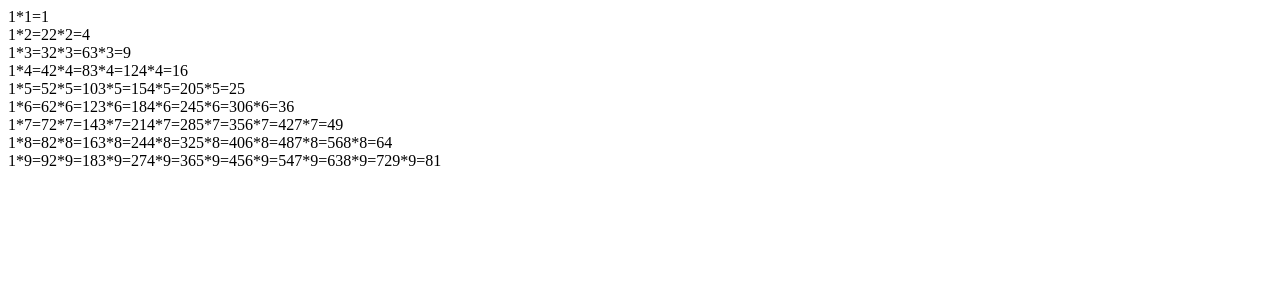
Repository: pengyuguan1984/JavaScriptPractice
Page: For-Exec02.html
An editor plug-in stored every save of this project. The page is shown before and after a run of saves, followed by the edit.
The browser window is 1280 px wide. The pictures show the whole page.

Above is the page before, as saved 2020-10-07 16:35:47.

After the next 2 saves:
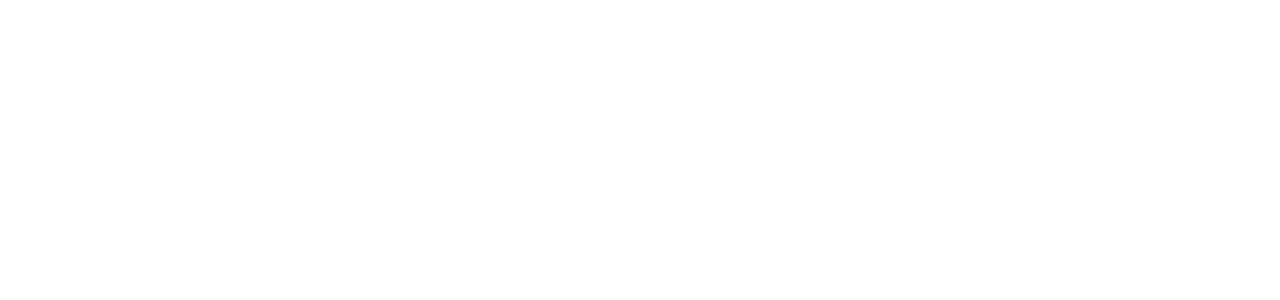
Console error: SyntaxError: Invalid left-hand side in assignment
The 2 saves are shown as one change because they came seconds apart.
The last was saved 10 s later.
--- a/For-Exec02.html
+++ b/For-Exec02.html
@@ -24,7 +24,7 @@
     //    }
     for(var i=1; i<=9; i++){
         for(j=1;j<=i;j++){
-            document.write(j+'*'+i+'='+j*i)
+            document.write('j+'*'+i+'='+j*i)
         }
        document.write('<br />')
     }

After the 4 saves that followed:
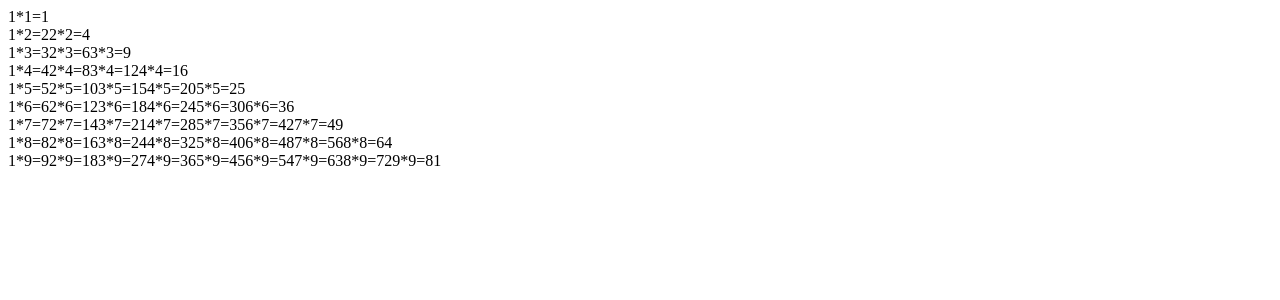
The error is gone.
The 4 saves are shown as one change because they came seconds apart.
The last was saved 12 s later.
--- a/For-Exec02.html
+++ b/For-Exec02.html
@@ -24,7 +24,7 @@
     //    }
     for(var i=1; i<=9; i++){
         for(j=1;j<=i;j++){
-            document.write('j+'*'+i+'='+j*i)
+            document.write('<span>'+j+'*'+i+'='+j*i)
         }
        document.write('<br />')
     }
